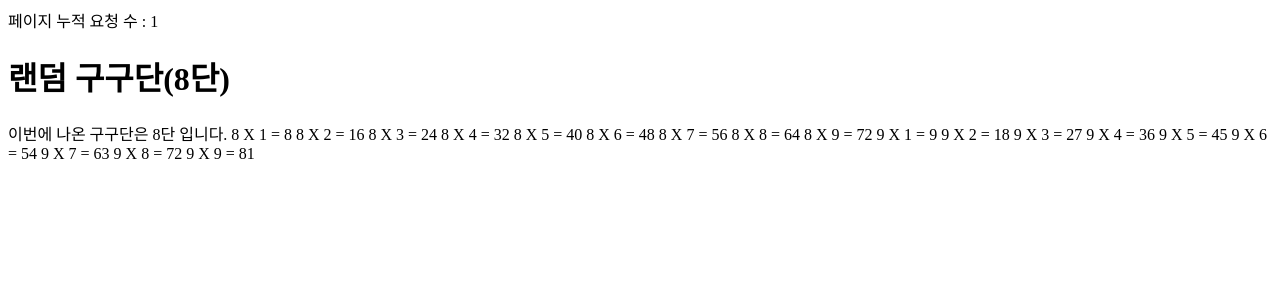
Repository: GITJIWOO/JavaBasic
Page: http://localhost/JSPBasic/Tag_quiz02.jsp
An editor plug-in stored every save of this project. The page is shown before and after the next save, followed by the edit.
The browser window is 1280 px wide. The pictures show the whole page.
The page is served by Tomcat 9.

Above is the page before, as saved 2021-07-29 07:50:45.

After the next save:
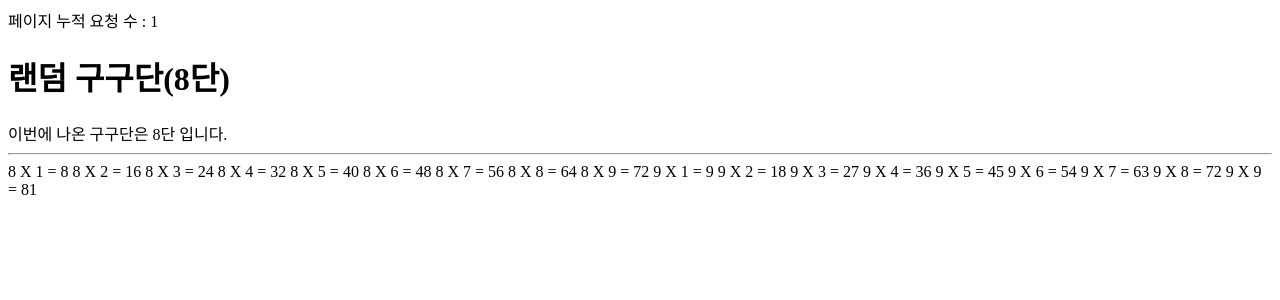
Saved 27 s later.
--- a/JSPBasic/WebContent/Tag_quiz02.jsp
+++ b/JSPBasic/WebContent/Tag_quiz02.jsp
@@ -19,7 +19,7 @@
 		}
 		int ranNum = (int)((Math.random() * 2) + 7);
 		out.println("<h1>랜덤 구구단(" + ranNum + "단)</h1>");
-		out.println("이번에 나온 구구단은 " + ranNum + "단 입니다.");
+		out.println("이번에 나온 구구단은 " + ranNum + "단 입니다.<hr/>");
 
 		for(int i = ranNum; i <= 9; i++){
 			for(int j = 1; j <= 9; j++){
